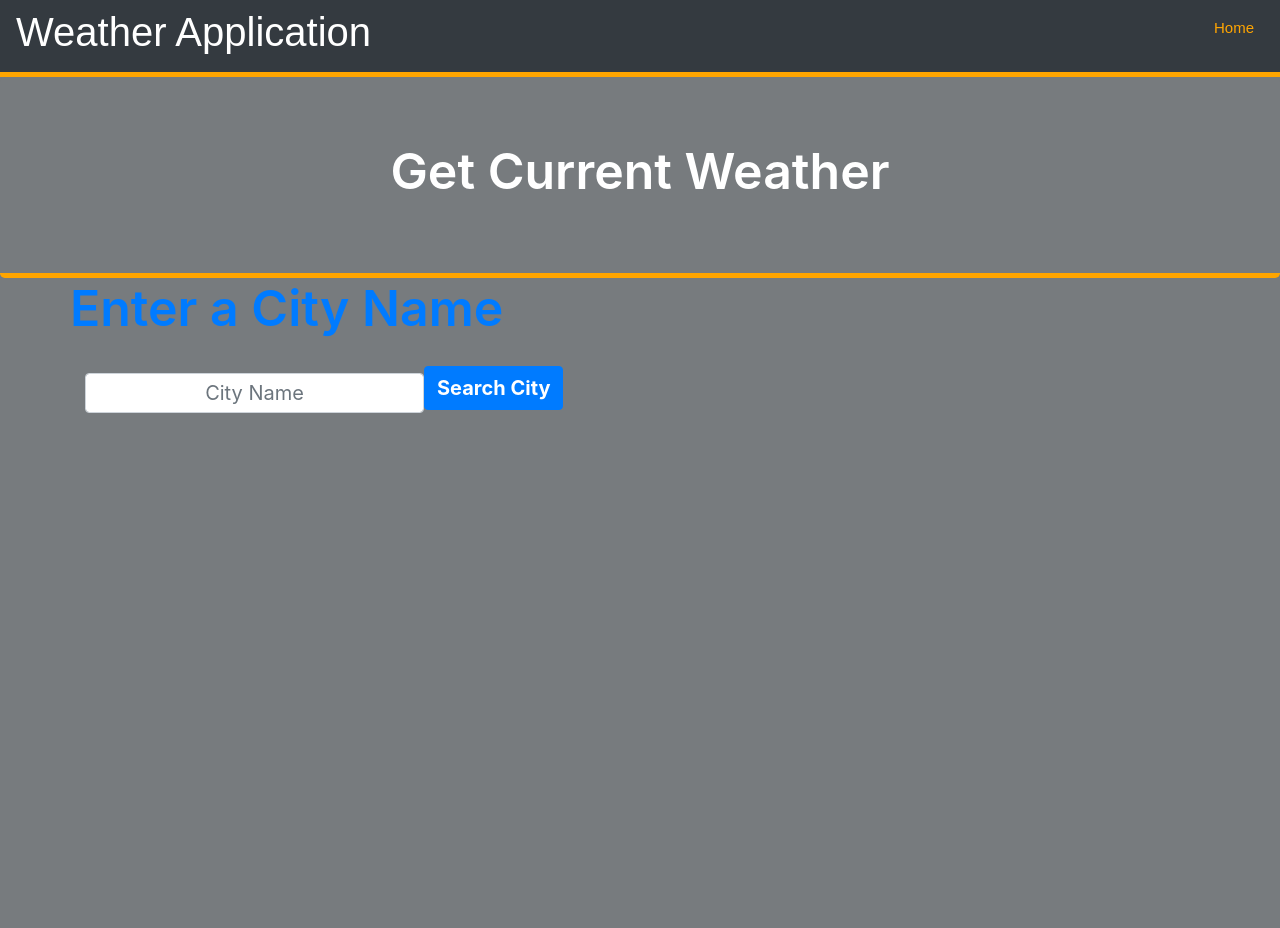
Repository: ElijahHallera/336-Internet-Prog
Page: cst336_s2020_Project3-master/cst336_s2020_Project3-master/index.html
The author's editor kept a record of every edit. The page is drawn from the files as they stood at one moment, then again after the next edit.
The browser window is 1280 px wide. The pictures show the whole page.

Above is the page before.

After the next edit:
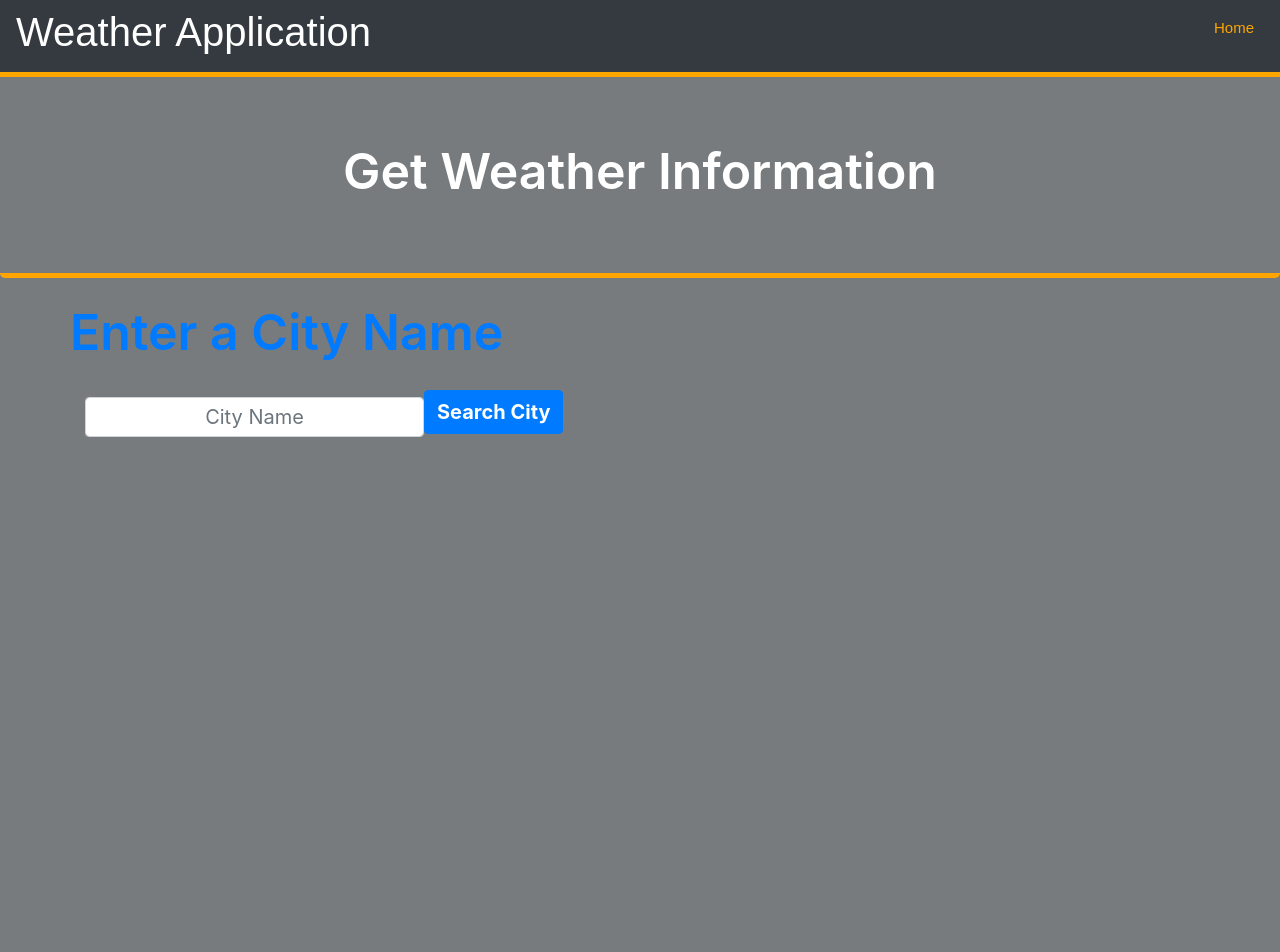
The edit:
--- a/cst336_s2020_Project3-master/cst336_s2020_Project3-master/index.html
+++ b/cst336_s2020_Project3-master/cst336_s2020_Project3-master/index.html
@@ -24,8 +24,10 @@
 
     <body>
         <div class = "jumbotron">
-            <h2 class = "text-center"> Get Current Weather</h2>
+            <h2 class = "text-center"> Get Weather Information</h2>
         </div>
+
+        </br>
 
         <div class="container">
             <div class="row">
